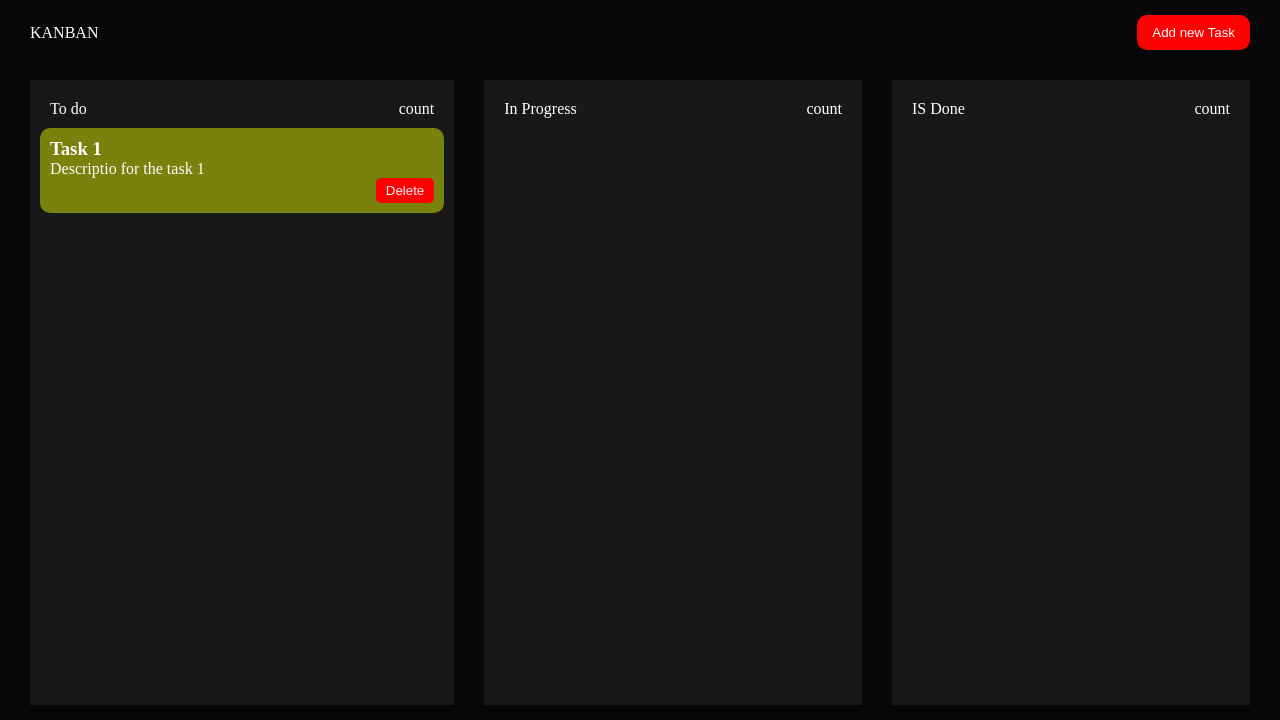
Repository: Sandeepji-5/Kanban-board
Page: index.html
These files come from the project's save history. The page is drawn as it stood at one moment and after the next save; the edit follows.
The browser window is 1280 px wide. The pictures show the whole page.
After loading, the first visible `#toggle-modal` was clicked once.

Above is the page before, as saved 2025-12-09 16:28:07.

### index.html
<!DOCTYPE html>
<html lang="en">
<head>
    <meta charset="UTF-8">
    <meta name="viewport" content="width=device-width, initial-scale=1.0">
    <title>Document</title>
    <link rel="stylesheet" href="style.css">
</head>
<body>
    <main>
        <nav>
            <div class="left">KANBAN</div>
            <div class="right"><button id="toggle-modal">Add new Task</button></div>
        </nav>
        <section class="board">
            <div   id="todo" class="task-column">
                <div class="heading">
                    <div class="left">To do </div>
                      <div class="right">count</div>
                </div>
                <div draggable="true" class="task">
                    <h3>Task 1</h3>
                    <p>Descriptio for the task 1 </p>
                    <button>Delete</button>
                </div>
            </div>
            <div id="progress" class="task-column">
                <div class="heading">
                    <div class="left">In Progress</div>
                    <div class="right">count</div>
                </div>

            </div>
            <div  id="done"   class="task-column">
                <div class="heading">
                    <div class="left">IS Done </div>
                    <div class="right"> count</div>
                </div>

            </div>
        </section>


    </main>

    <div class="modal add-new-task">
        <div class="bg"> </div>
   <div class="center">
                        <input type="text" placeholder="Task title"/>
                        <textarea placeholder="Task Description"></textarea>
                        <button id="add-new-task" class="add-task-btn"> Add Task</button>
                </div>
     </div>


    <script src="kanban.js"></script>
</body>
</html>

### style.css
* {
    margin: 0;
    padding: 0;

    box-sizing: border-box;
}

html,
body {
    width: 100%;
    height: 100%;

}

:root {
    --bg-color: #0000000;
    --bg-button-color: rgb(24, 24, 24);
    --primary-text-color: #f4f4f4;
    --bg-task-color:rgb(19, 18, 18);
    --bg-delete-color:red;



    /* padding 1 rem 2 rem */
    --nav-padding: 15px 30px;
    --section-padding: 15px 30px;
    --padding-s: 5px;
    --padding-m: 10px;
    --padding-l: 15px;
    --padding-xl: 20px;
    --padding-xxl: 30px;


    /* border radius variable  */



    --border-radius-s:5px;
    --border-radius-m:10px;
    --border-radius-l:15px;
    --border-radius-xl:20px;
    --border-radius-xxl:30px;


}

body {
    background-color: rgb(7, 7, 7);
    color: white;
}
main{
    display: flex;
    height: 100%;
    width: 100%;
    flex-direction: column;


}

nav{
    padding: var(--nav-padding);
    display: flex;
    align-items: center;
    justify-content: space-between;

}
nav button{
    background-color: red;
    color: white;
    border: none;
    outline: none;
    padding: var(  --padding-m) var(  --padding-l);
    cursor: pointer;
    border-radius:var(--border-radius-m) ;

}


section{
    padding:var(--section-padding);
    /* height: 100%; */
    display: flex;
    flex-grow: 1;
    justify-content: space-between;

    gap: var(--padding-xxl);

}
section .task-column{
    padding: var(--padding-m);
    background-color: var(--bg-button-color);
    flex-grow: 1  ;
    padding: var(--padding-m)  ;
    display: flex;
    flex-direction: column;
    transition: all 0.7s cubic-bezier(0.19, 1, 0.22, 1);




}
section .task-column.hover-over {
     border: 2px dashed rgb(247, 246, 246);
    transform: scale(1.05);
}
section .task-column .heading{
    display: flex;
    justify-content: space-between ;
    padding: var(--padding-m);
}


section .task-column  .task{

    display: flex;
    flex-direction: column;
    padding: var(--padding-m);
    border-radius: var(--border-radius-m);
    /* background-color: var(--bg-task-color); */
     background-color:rgba(150, 163, 8, 0.763);


}

section .task-column .task button{
    align-self: flex-end;
    cursor: pointer;
    padding: var(--padding-s) var(--padding-m);
    border-radius: var(--border-radius-s);
    border: none;
    outline: none;
    background-color: var(--bg-delete-color);
    color: var(--primary-text-color)  ;
}

.modal{

    position: fixed;
    top: 0;
    left: 0;
    height: 100vh;
    width: 100vw;
    display: none;
    align-items: center;
    justify-content: center;


}
.modal .active{
    display: flex;
}

.modal .bg{
    position: absolute;
    top: 0;
    left: 0;
    height: 100%;
    width: 100%;
    background-color: rgba(0, 0, 0, 0.5);
}

.modal .center{
    background-color: rgb(49, 49, 34);
    padding: var(--padding-xxl);
    border-radius: var(--border-radius-m);
    display: flex;
    flex-direction: column;
    gap: var(--padding-m);
    height: 200px;
    width: 300px;

}

.modal .center input,.modal .center textarea, .modal .center select {
    background-color: var(--bg-task-color);
    padding: var(--padding-m);
    border-radius: var(--border-radius-s);
    border: none;
    outline: none;
    color: var(--primary-text-color);

}

.modal .center button{
     align-self: center;
    margin-top: auto;
    padding: var(--padding-m);
    border-radius: var(--border-radius-m);
    border: none;
    outline: none;
    background-color: var(--bg-button-color);
    color: var(--primary-text-color);
    cursor: pointer;

}

### kanban.js
const todo = document.querySelector('#todo');
const progress = document.querySelector('#progress')
const done = document.querySelector('#done');
const tasks = document.querySelectorAll('.task');
let draggedElement = null;

tasks.forEach(task => {
    task.addEventListener("drag", () => {

        draggedElement = task;
    })
})

// progress.addEventListener('dragenter',(e)=>{
//     progress.classList.add('hover-over');
// })


// progress.addEventListener('dragleave', (e)=>{
//     progress.classList.remove('hover-over');
// })


function addDragEventsOnColumn(column)
{
    column.addEventListener('dragenter', (e) => {
        e.preventDefault();
        column.classList.add('hover-over');
    });

    column.addEventListener('dragleave', (e) => {
        e.preventDefault();
        column.classList.remove('hover-over');
    })

    column.addEventListener("dragover", (e) => {
        e.preventDefault();
    })

    column.addEventListener('drop', (e) => {

        column.appendChild(draggedElement)
        console.log("draggedElement", draggedElement, column);
        column.classList.remove('hover-over')
         e.preventDefault();
    })

}

addDragEventsOnColumn(todo);
addDragEventsOnColumn(progress)
addDragEventsOnColumn(done)





// Modal related Logic
const toggleModalButton = document.querySelector('#toggle-modal');
const modal = document.querySelector('.modal')
const modalBg = document.querySelector('.modal .bg');
const addTaskbtn = document.querySelector('.add-task-btn')



toggleModalButton.addEventListener('click', () => {
    console.log("clicked");
    modal.style.display = 'none';
    modal.classList.add('active');
});

modalBg.addEventListener('click',()=>{
    modal.classList.remove('active');
}   )

After the next save:
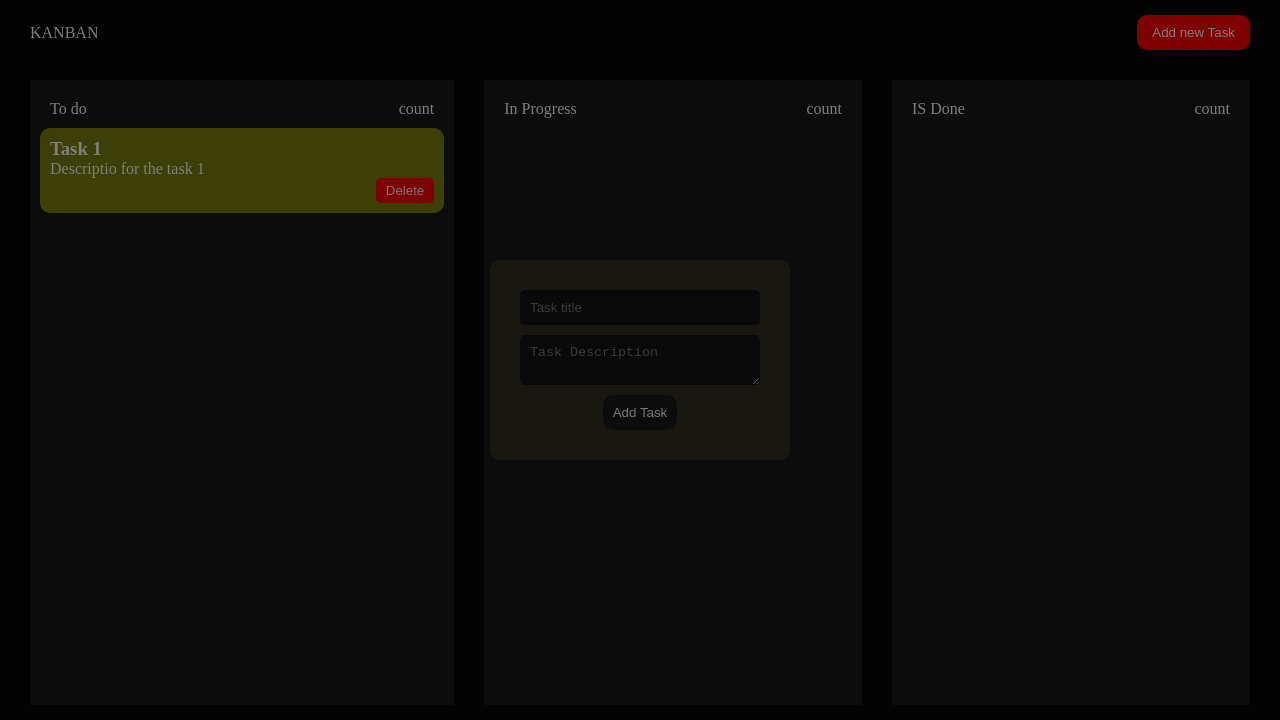
Saved 15 s later.
--- a/kanban.js
+++ b/kanban.js
@@ -65,8 +65,8 @@ const addTaskbtn = document.querySelector('.add-task-btn')
 
 toggleModalButton.addEventListener('click', () => {
     console.log("clicked");
-    modal.style.display = 'none';
-    modal.classList.add('active');
+    modal.style.display = 'flex';
+    // modal.classList.add('active');
 });
 
 modalBg.addEventListener('click',()=>{
